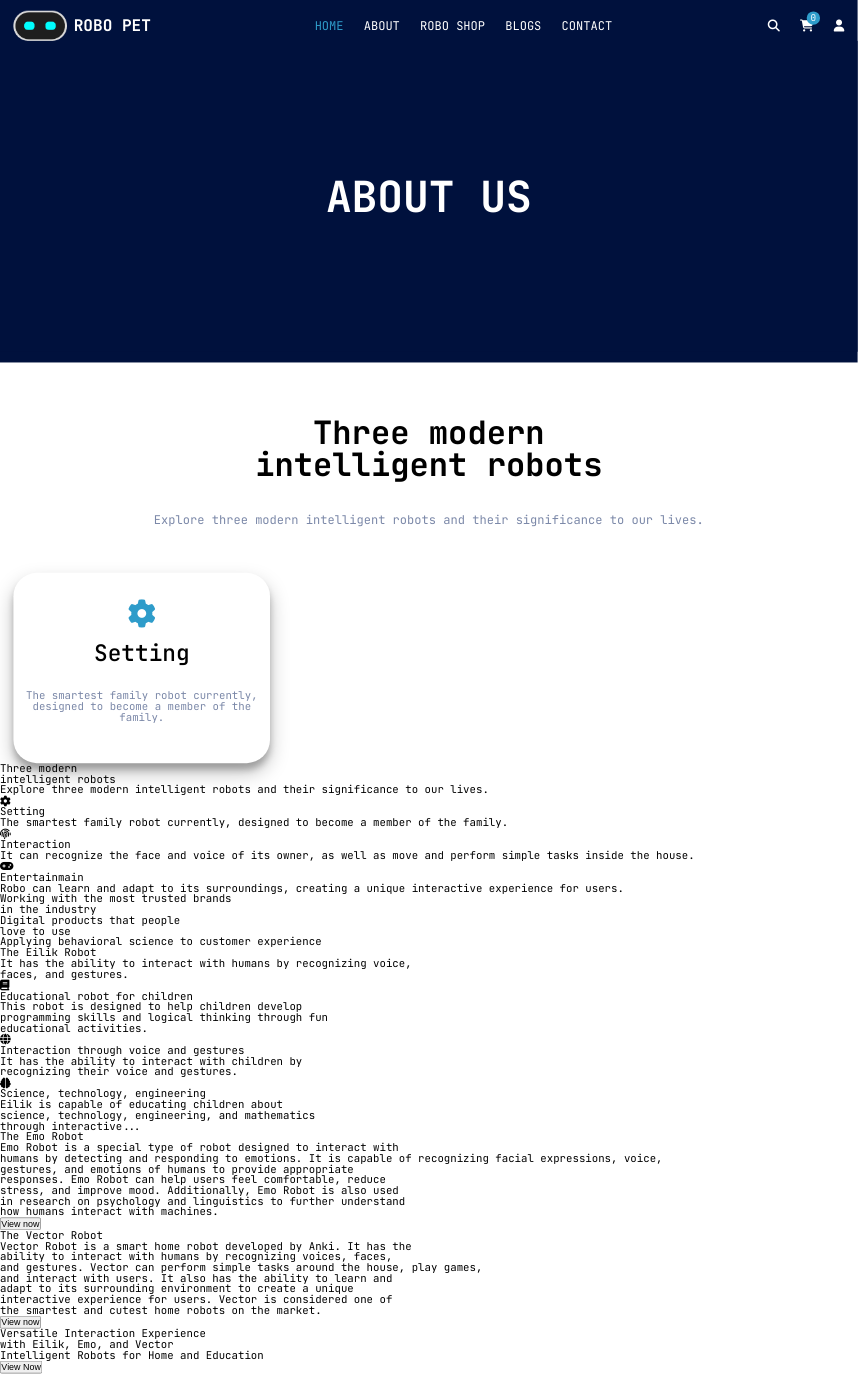
Repository: trietle101/du-an-1
Page: http://localhost/about.html
The author's editor kept a copy of each file at every save. The page is drawn from the files as they stood at one save, then again after the next save.
The browser window is 1280 px wide. The pictures show the whole page, at 67% of full size.
The pointer rests on the first visible `.modern-item`.
Some web libraries are served in a nearby version. The page is run by PHP 8.4 with error messages shown; the project is at /var/www/html/.

Above is the page before, as saved 2023-03-12 22:51:14.

After the next save:
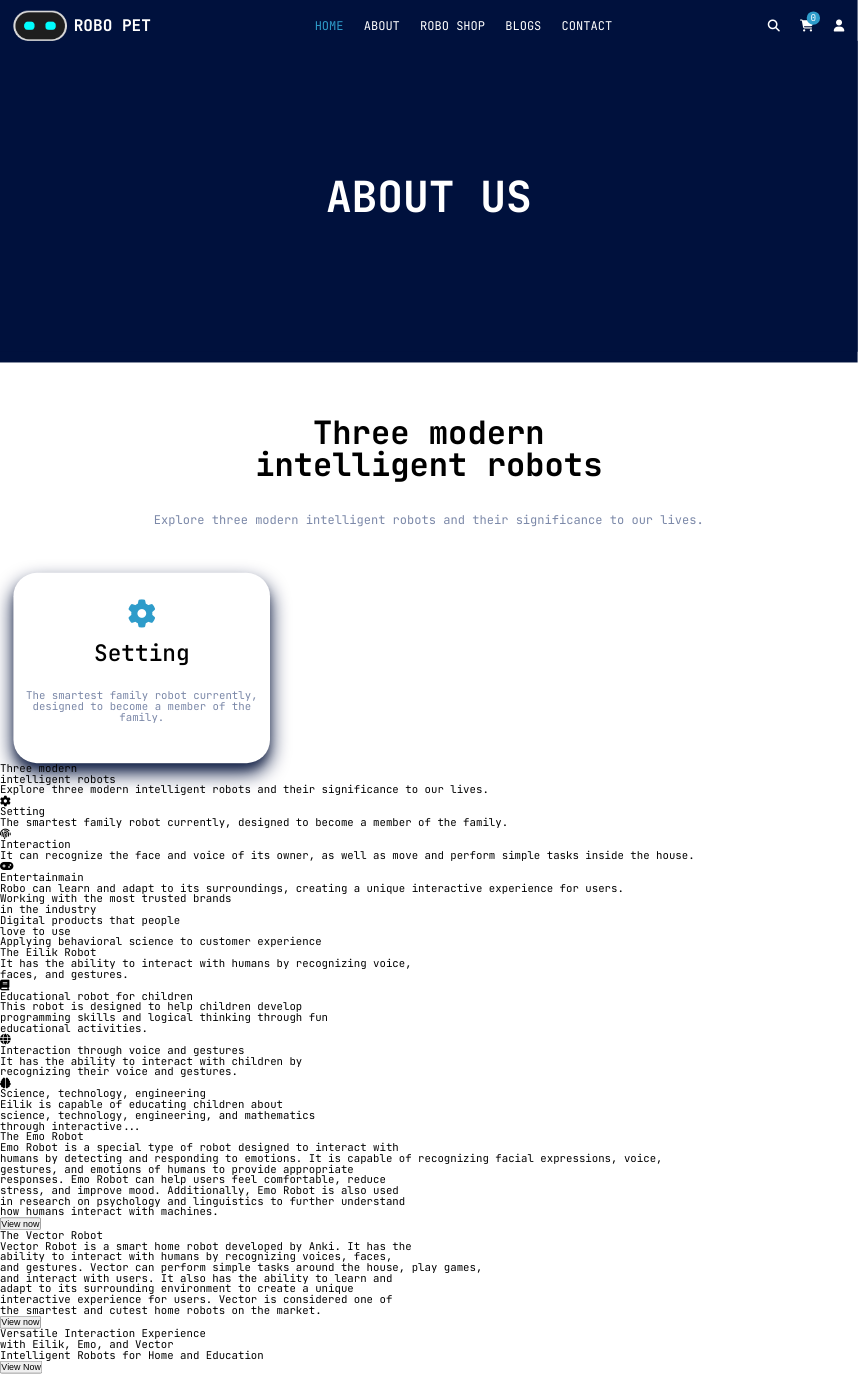
Saved 13 s later.
--- a/assets/css/about.css
+++ b/assets/css/about.css
@@ -171,5 +171,5 @@
 }
 .modern-item:hover {
   border: none;
-  box-shadow: 0 14px 28px rgba(0, 0, 0, 0.25), 0 10px 10px rgba(0, 0, 0, 0.22);
+  box-shadow: 0 14px 28px var(--primary-color), 0 10px 10px rgba(0, 0, 0, 0.22);
 }
